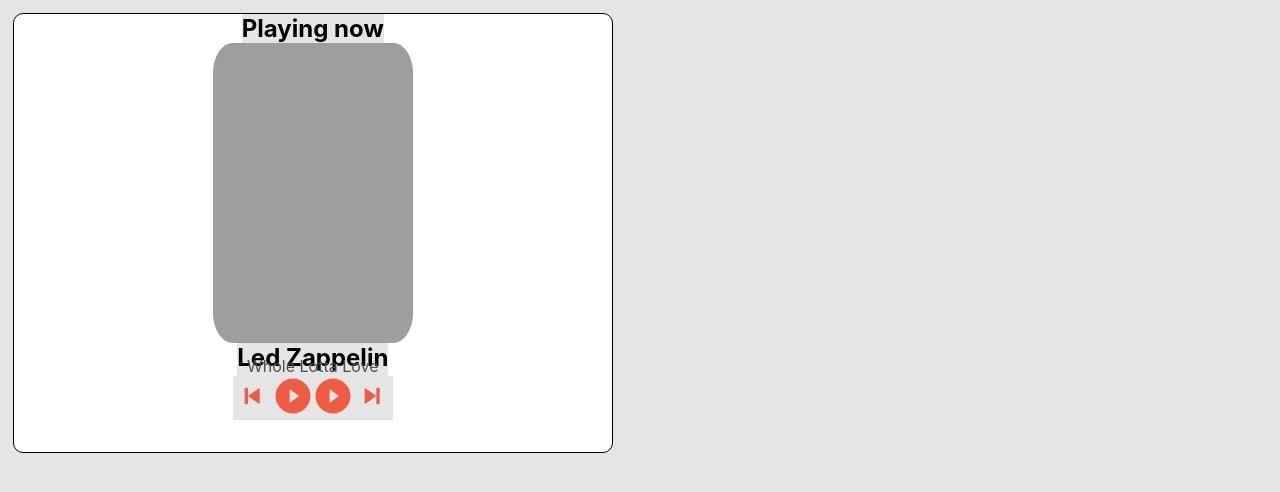
Repository: Sxcram02/playlist
Page: /
The author's editor kept a copy of each file at every save. The page is drawn from the files as they stood at one save, then again after the next save.
The browser window is 1280 px wide. The pictures show the whole page.
Pictures or frames that could not be fetched are drawn as grey boxes. The page's requests for data from a server got no answer. The project was rebuilt for these pictures with package versions that can differ from the ones it lists, and the page was loaded fresh each time. No one was signed in, and anything a server would have sent is missing.

Above is the page before, as saved 2023-02-22 18:38:32.

After the next save:
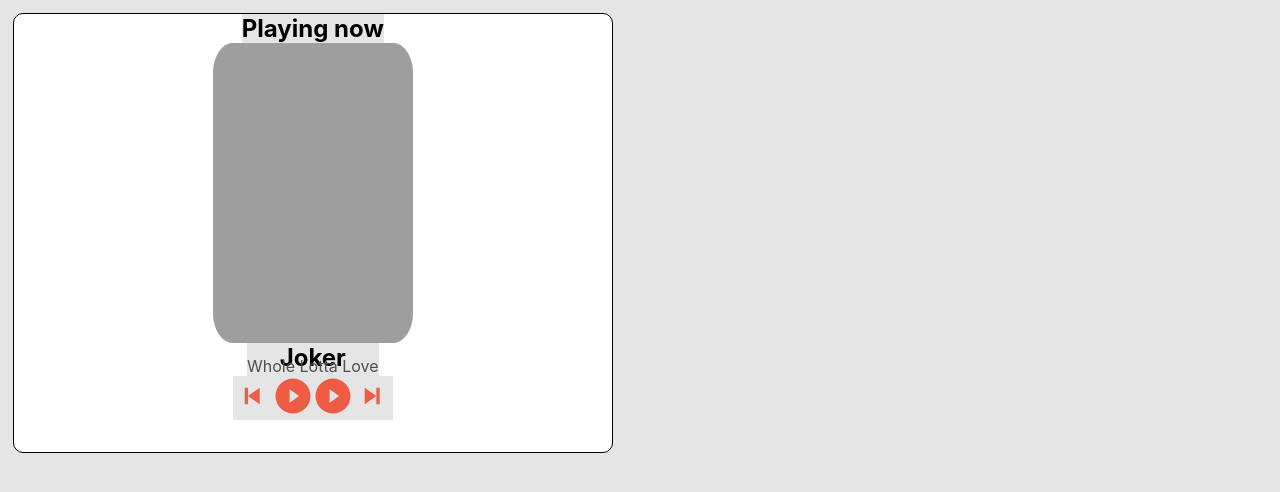
Saved 2 min 2 s later.
--- a/src/App.js
+++ b/src/App.js
@@ -23,7 +23,7 @@
       <h2>Playing now</h2>
       <img src="https://picsum.photos/200/300" alt="Imagen..." className="musicCover" />
       <div className="titleContainer">
-        <h3 className="title">Led Zappelin</h3>
+        <h3 className="title">Joker</h3>
         <p className="subTitle">Whole Lotta Love</p>
       </div>
       <div>

After the save that followed:
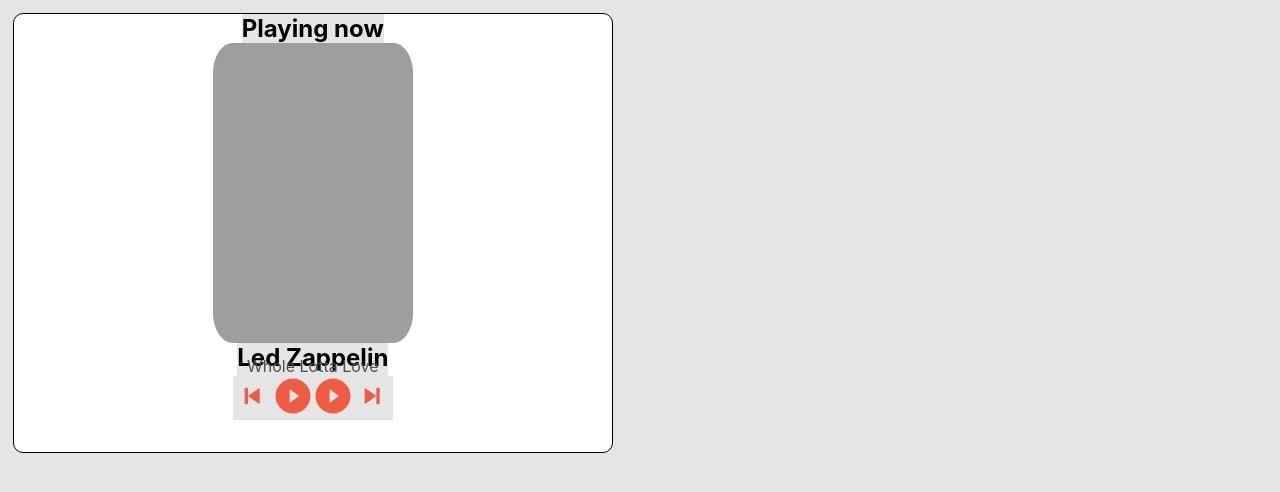
Saved 4 s later.
--- a/src/App.js
+++ b/src/App.js
@@ -23,7 +23,7 @@
       <h2>Playing now</h2>
       <img src="https://picsum.photos/200/300" alt="Imagen..." className="musicCover" />
       <div className="titleContainer">
-        <h3 className="title">Joker</h3>
+        <h3 className="title">Led Zappelin</h3>
         <p className="subTitle">Whole Lotta Love</p>
       </div>
       <div>
